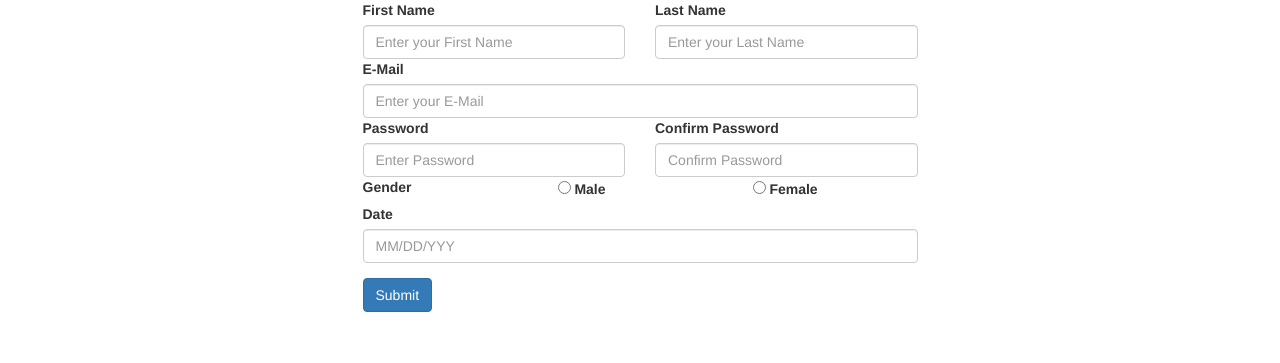
Repository: MoulicaSudamalla161/Tweet
Page: http://localhost/TweetApplication/Registration.jsp
The author's editor kept a copy of each file at every save. The page is drawn from the files as they stood at one save, then again after the next save.
The browser window is 1280 px wide. The pictures show the whole page.
The page is served by Tomcat 9.

Above is the page before, as saved 2021-03-02 07:23:03.

After the next save:
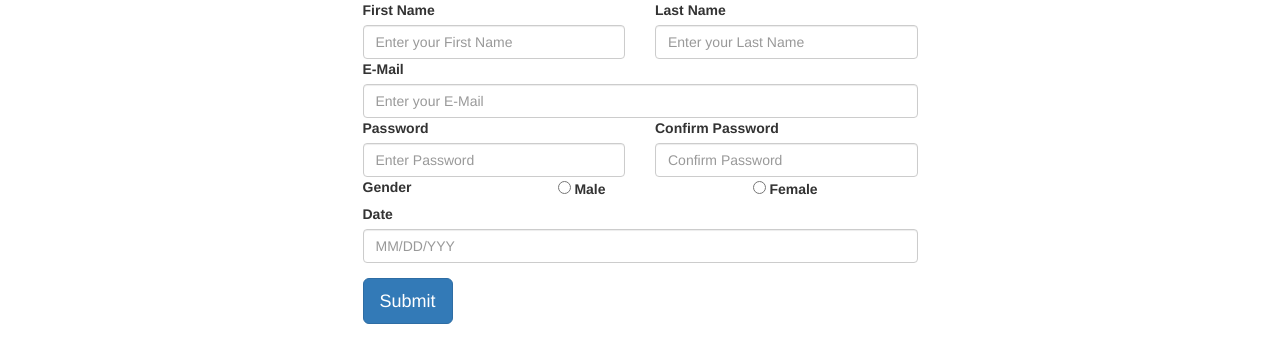
Saved 35 s later.
--- a/TweetApplication/WebContent/Registration.jsp
+++ b/TweetApplication/WebContent/Registration.jsp
@@ -63,7 +63,7 @@
         <input class="form-control" id="date" name="date" placeholder="MM/DD/YYY" type="text"/>
       </div>
       <div class="form-group"> <!-- Submit button -->
-        <button class="btn btn-primary btn-lock " name="submit" type="submit">Submit</button>
+        <button class="btn btn-primary btn-lock btn-lg " name="submit" type="submit">Submit</button>
       </div>
 
            </form>
